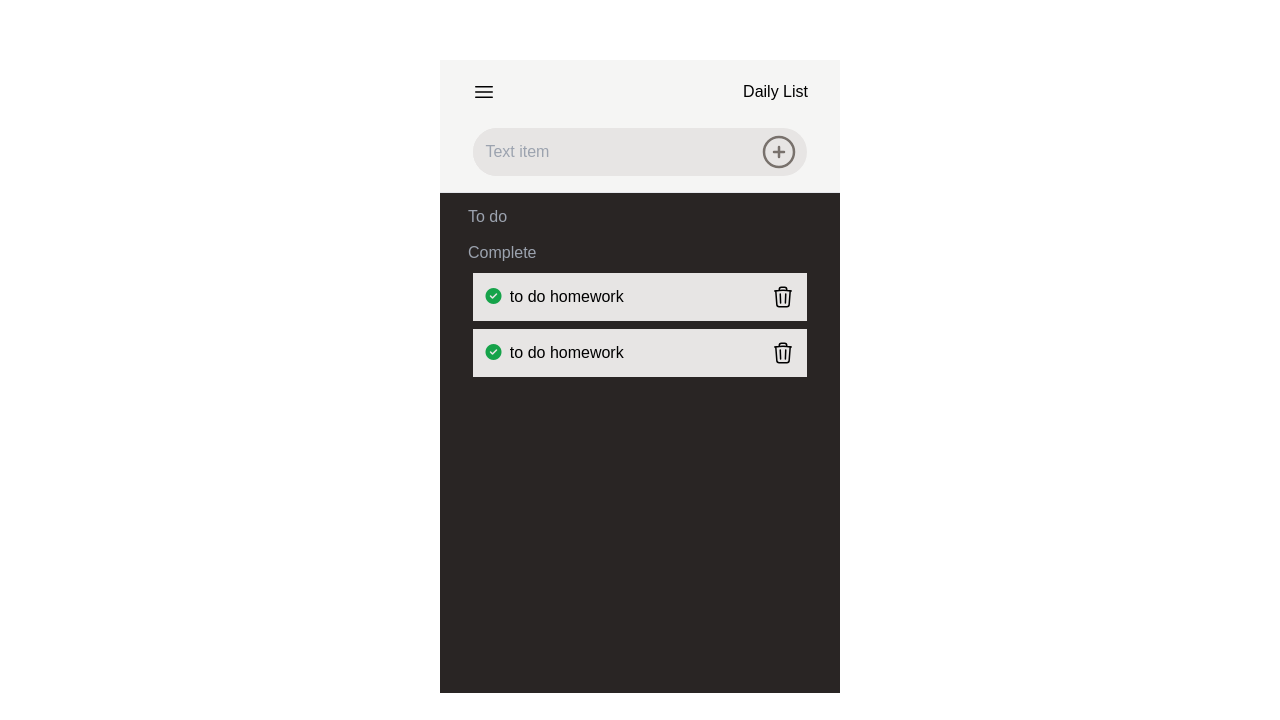
Repository: hsumyatm7308/TodolistbyPHP
Page: http://localhost/
These files come from the project's save history. The page is drawn as it stood at one moment and after the next save; the edit follows.
The browser window is 1280 px wide. The pictures show the whole page.
Some web libraries are served in a nearby version. The page is run by PHP 8.4 with error messages shown; the project is at /var/www/html/. Queries for data that is not in the repository find no rows.

Above is the page before, as saved 2023-07-09 22:36:43.

### index.php
<!DOCTYPE html>
<html lang="en">

<head>
    <meta charset="UTF-8">
    <meta name="viewport" content="width=device-width, initial-scale=1.0">
    <title>To Do List</title>
    <link rel="stylesheet" href="https://cdnjs.cloudflare.com/ajax/libs/font-awesome/6.4.0/css/all.min.css">
    <script src="https://cdn.tailwindcss.com"></script>

    <style>
        * {
            font-family: sans-serif;
        }

        .scrollbar-hide::-webkit-scrollbar{
            display: none;
        }

    </style>

</head>

<body>
    <div class="w-screen h-screen container flex justify-center items-center">
        <div class="w-[400px] h-[600px] bg-stone-100">
            <!-- header nav  -->
            <div class="w-full h-14 flex justify-between items-center p-8">
                <div>
                    <svg xmlns="http://www.w3.org/2000/svg" fill="none" viewBox="0 0 24 24" stroke-width="1.5"
                        stroke="currentColor" class="w-6 h-6">
                        <path stroke-linecap="round" stroke-linejoin="round"
                            d="M3.75 6.75h16.5M3.75 12h16.5m-16.5 5.25h16.5" />
                    </svg>

                </div>
                <div>
                    <h4> Daily List</h4>
                </div>
            </div>

            <?php

            include("create.php");

            ?>

            <div class="w-full h-[500px] bg-stone-800 overflow-y-scroll scrollbar-hide">

                <?php

                include("updatetodo.php");
                include("complete.php");

                ?>
            </div>







        </div>
    </div>
</body>

</html>

### create.php
<?php
session_start();
ini_set('display_errors', 1);

require_once("database.php");

if ($_SERVER['REQUEST_METHOD'] === 'POST') {
    global $conn;

    $getdata = $_POST['textbox'];


    try {
        $stmt = $conn->prepare("INSERT INTO todolist (task) VALUES ( :task)");


        $task = $getdata;


        $stmt->bindParam(':task', $task);

        $stmt->execute();
    } catch (Exception $e) {
        echo "Error Found: " . $e->getMessage();
    }
}


?>





<!-- to do form  -->
<form action="" method="post" enctype="multipart/form-data">


    <div class="w-full h-auto flex justify-center items-center p-1">
        <div class="w-[85%] h-auto bg-stone-200 flex justify-between items-center rounded-3xl">
            <input type="text" name="textbox"
                class="w-[85%] bg-stone-200 rounded-tl-3xl rounded-bl-3xl p-3 focus:outline-none"
                placeholder="Text item">

            <button type="submit" name="submit" class="">
                <svg xmlns="http://www.w3.org/2000/svg" fill="none" viewBox="0 0 24 24" stroke-width="1.5"
                    stroke="currentColor" class="w-10 h-10 mr-2 text-stone-500 hover:text-stone-600">
                    <path stroke-linecap="round" stroke-linejoin="round"
                        d="M12 9v6m3-3H9m12 0a9 9 0 11-18 0 9 9 0 0118 0z" />
                </svg>
            </button>
        </div>

    </div>
    <hr class="mt-3">
</form>

### database.php
<?php

$dbhost = 'localhost';
$dbuser = 'root';
$dbpass = '';
$dbname = 'hmmdb';


try{

    $conn = new PDO("mysql:host=$dbhost;dbname=$dbname", $dbuser, $dbpass);
    $conn->setAttribute(PDO::ATTR_ERRMODE, PDO::ERRMODE_EXCEPTION);

    // echo "Connection successful";


}catch(Exception $e){
    "Error Found:".$e->getMessage();
}




?>

### updatetodo.php
<?php

// session_start();
ini_set('display_errors', 1);

require_once("database.php");
require_once("create.php");

try {

    global $conn;

    $stmt = $conn->prepare("SELECT id,task FROM todolist");
    $stmt->execute();



} catch (Exception $e) {
    "Found Error : " . $e->getMessage();
}

?>








<!-- update to do  -->
<form action="" method="post" class="mt-3" enctype="multipart/form-data">
    <h3 class="text-gray-400 ml-7 mb-1">To do</h3>


    <?php while ($row = $stmt->fetch()): ?>

        <div name="taskitems" class="w-full h-auto flex justify-center items-center p-1">


            <div class="w-[85%] h-auto bg-stone-200 flex justify-between items-center p-3">
                <span>
                    <i class="fa-regular fa-circle-check"></i>
                    <span class="ml-1">
                        <?php echo $row['task'] ?>
                    </span>
                </span>

                <div type="submit" name="submit">
                    <svg xmlns="http://www.w3.org/2000/svg" fill="none" viewBox="0 0 24 24" stroke-width="1.5"
                        stroke="currentColor" class="w-6 h-6">
                        <path stroke-linecap="round" stroke-linejoin="round"
                            d="M16.862 4.487l1.687-1.688a1.875 1.875 0 112.652 2.652L10.582 16.07a4.5 4.5 0 01-1.897 1.13L6 18l.8-2.685a4.5 4.5 0 011.13-1.897l8.932-8.931zm0 0L19.5 7.125M18 14v4.75A2.25 2.25 0 0115.75 21H5.25A2.25 2.25 0 013 18.75V8.25A2.25 2.25 0 015.25 6H10" />
                    </svg>
                </div>
            </div>



        </div>

    <?php endwhile; ?>







</form>

### complete.php
<?php

// session_start();
ini_set('display_errors', 1);

require_once("database.php");
require_once("updatetodo.php");

if($_SERVER["REQUEST_METHOD"]==="POST"){

}


?>




<!-- complete work -->
<form action="" method="post" class="mt-3" enctype="multipart/form-data">
    <h3 class="text-gray-400 ml-7 mb-1">Complete</h3>

    <div class="w-full h-auto flex justify-center items-center p-1">


        <div class="w-[85%] h-auto bg-stone-200 flex justify-between items-center p-3">

            <span>
                <i class="fa-solid fa-circle-check text-green-600"></i>
                <span class="ml-1">to do homework</span>
            </span>

            <div>
                <svg xmlns="http://www.w3.org/2000/svg" fill="none" viewBox="0 0 24 24" stroke-width="1.5"
                    stroke="currentColor" class="w-6 h-6">
                    <path stroke-linecap="round" stroke-linejoin="round"
                        d="M14.74 9l-.346 9m-4.788 0L9.26 9m9.968-3.21c.342.052.682.107 1.022.166m-1.022-.165L18.16 19.673a2.25 2.25 0 01-2.244 2.077H8.084a2.25 2.25 0 01-2.244-2.077L4.772 5.79m14.456 0a48.108 48.108 0 00-3.478-.397m-12 .562c.34-.059.68-.114 1.022-.165m0 0a48.11 48.11 0 013.478-.397m7.5 0v-.916c0-1.18-.91-2.164-2.09-2.201a51.964 51.964 0 00-3.32 0c-1.18.037-2.09 1.022-2.09 2.201v.916m7.5 0a48.667 48.667 0 00-7.5 0" />
                </svg>

            </div>

        </div>



    </div>

    <div class="w-full h-auto flex justify-center items-center p-1">

        <div class="w-[85%] h-auto bg-stone-200 flex justify-between items-center p-3">

            <span>
                <i class="fa-solid fa-circle-check text-green-600"></i>
                <span class="ml-1">to do homework</span>
            </span>

            <div>
                <svg xmlns="http://www.w3.org/2000/svg" fill="none" viewBox="0 0 24 24" stroke-width="1.5"
                    stroke="currentColor" class="w-6 h-6">
                    <path stroke-linecap="round" stroke-linejoin="round"
                        d="M14.74 9l-.346 9m-4.788 0L9.26 9m9.968-3.21c.342.052.682.107 1.022.166m-1.022-.165L18.16 19.673a2.25 2.25 0 01-2.244 2.077H8.084a2.25 2.25 0 01-2.244-2.077L4.772 5.79m14.456 0a48.108 48.108 0 00-3.478-.397m-12 .562c.34-.059.68-.114 1.022-.165m0 0a48.11 48.11 0 013.478-.397m7.5 0v-.916c0-1.18-.91-2.164-2.09-2.201a51.964 51.964 0 00-3.32 0c-1.18.037-2.09 1.022-2.09 2.201v.916m7.5 0a48.667 48.667 0 00-7.5 0" />
                </svg>


            </div>

        </div>



    </div>
</form>

After the next save:
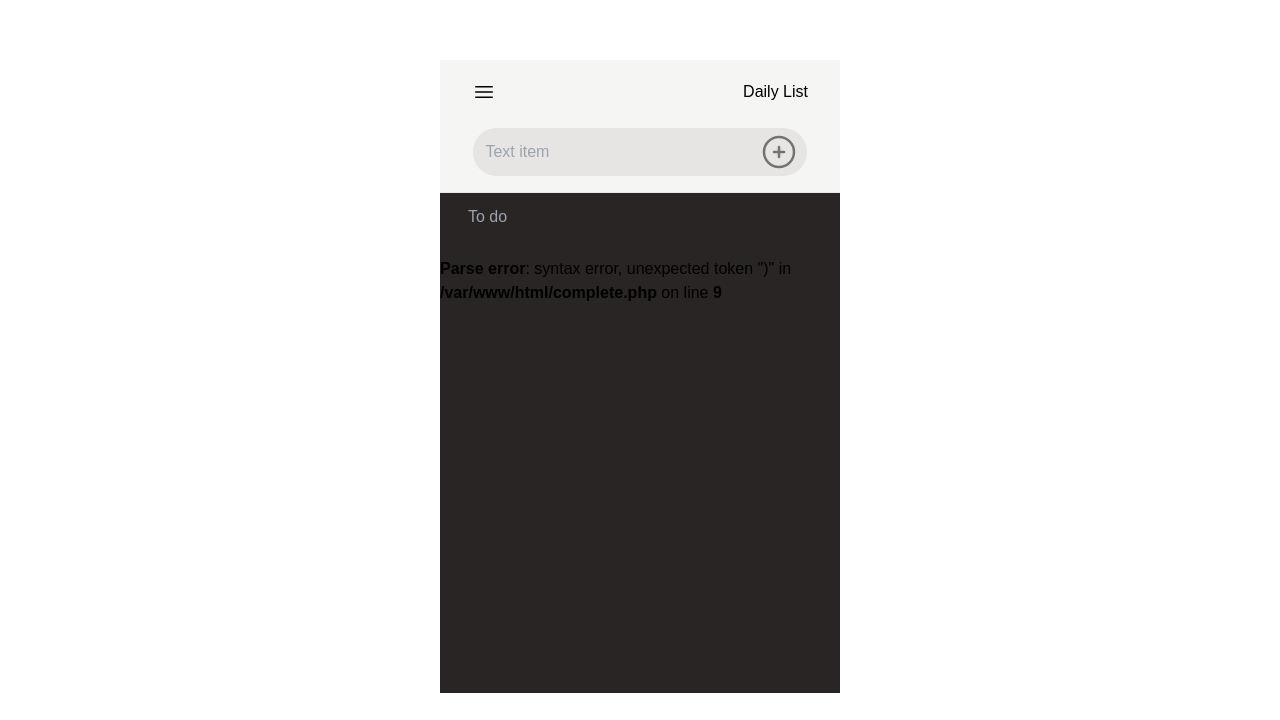
Saved 38 s later.
--- a/complete.php
+++ b/complete.php
@@ -6,9 +6,7 @@
 require_once("database.php");
 require_once("updatetodo.php");
 
-if($_SERVER["REQUEST_METHOD"]==="POST"){
-
-}
+if()
 
 
 ?>
@@ -45,7 +43,7 @@
 
     </div>
 
-    <div class="w-full h-auto flex justify-center items-center p-1">
+    <!-- <div class="w-full h-auto flex justify-center items-center p-1">
 
         <div class="w-[85%] h-auto bg-stone-200 flex justify-between items-center p-3">
 
@@ -64,7 +62,7 @@
 
             </div>
 
-        </div>
+        </div> -->
 
 
 

After the save that followed:
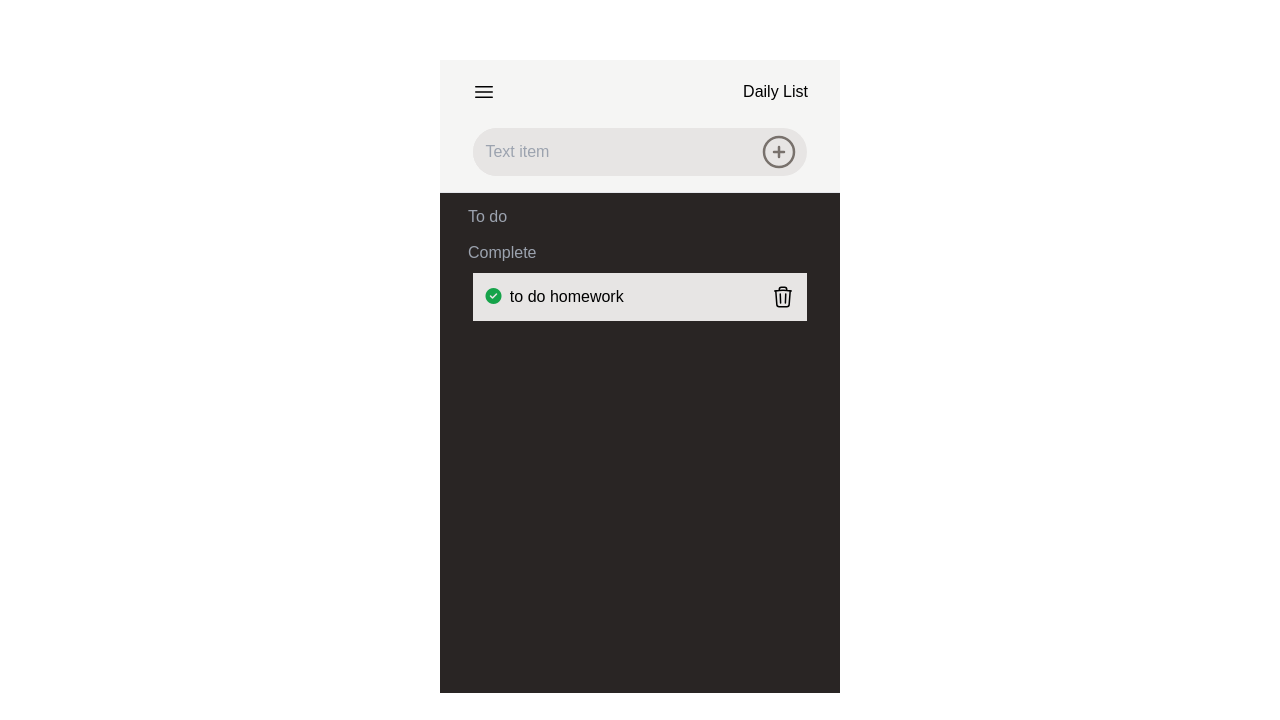
Saved 39 s later.
--- a/complete.php
+++ b/complete.php
@@ -6,7 +6,9 @@
 require_once("database.php");
 require_once("updatetodo.php");
 
-if()
+if(isset($_POST['submit'])){
+
+}
 
 
 ?>
